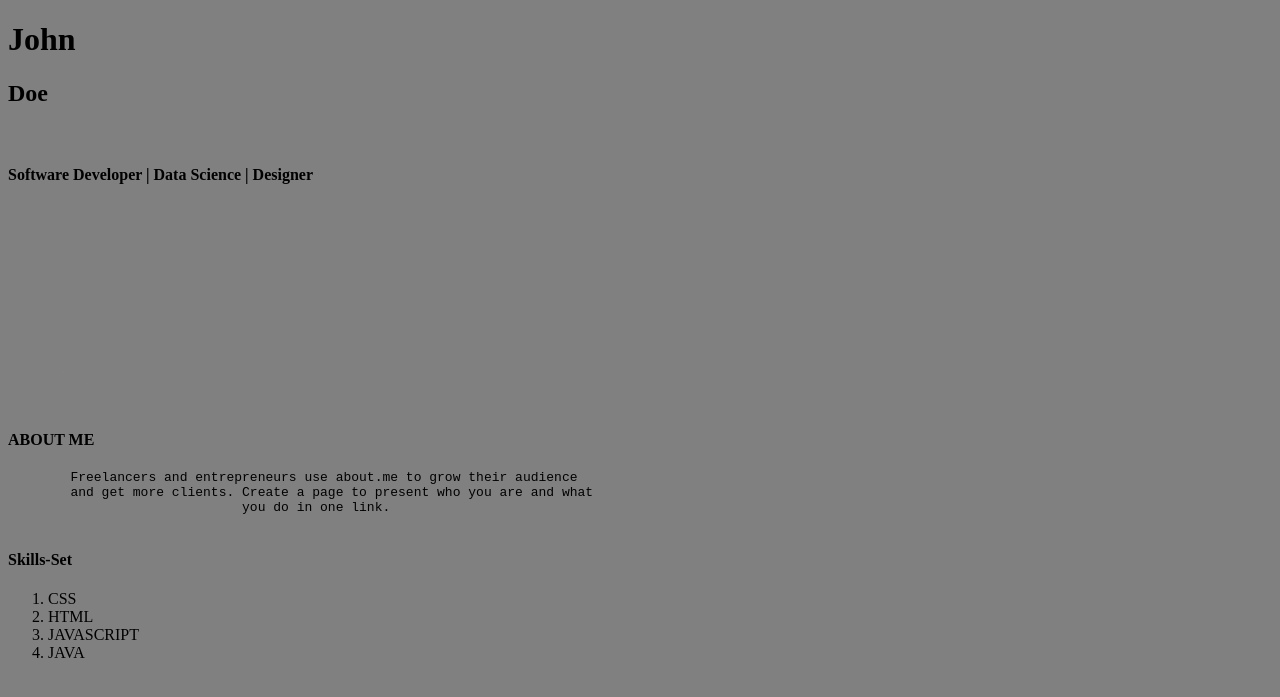
Repository: mrjayajay/week-1-code-challenges
Page: assignment/index.html
The author's editor kept a copy of each file at every save. The page is drawn from the files as they stood at one save, then again after the next save.
The browser window is 1280 px wide. The pictures show the whole page.

Above is the page before, as saved 2024-03-10 17:05:08.

After the next save:
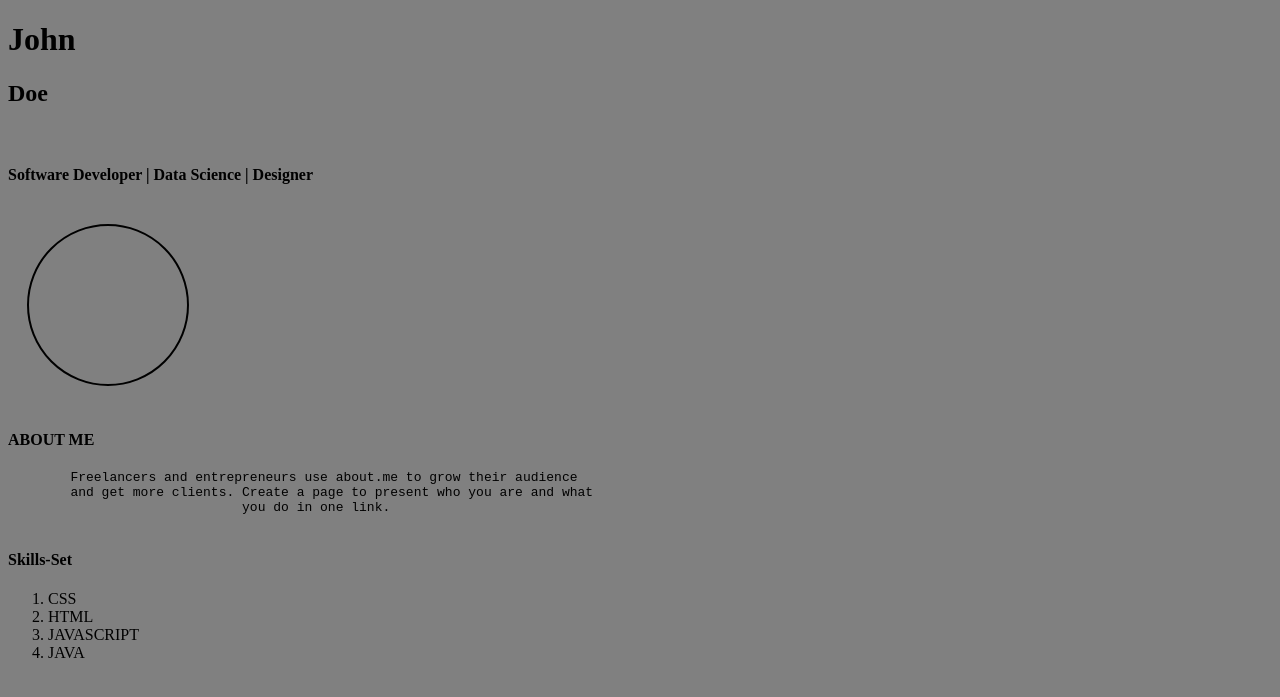
Saved 21 s later.
--- a/assignment/index.html
+++ b/assignment/index.html
@@ -13,7 +13,7 @@
     <h4>Software Developer | Data Science | Designer</h4>
      <div id="circ" class="list">
     <svg width="200" height="200">
-    <circle cx="100" cy="100" r="80" fill="GREY" stroke="black" stroke-width="0"/></svg>
+    <circle cx="100" cy="100" r="80" fill="GREY" stroke="black" stroke-width="2"/></svg>
 
     </div>
     <h4 text-align="centre">ABOUT ME</h4>
